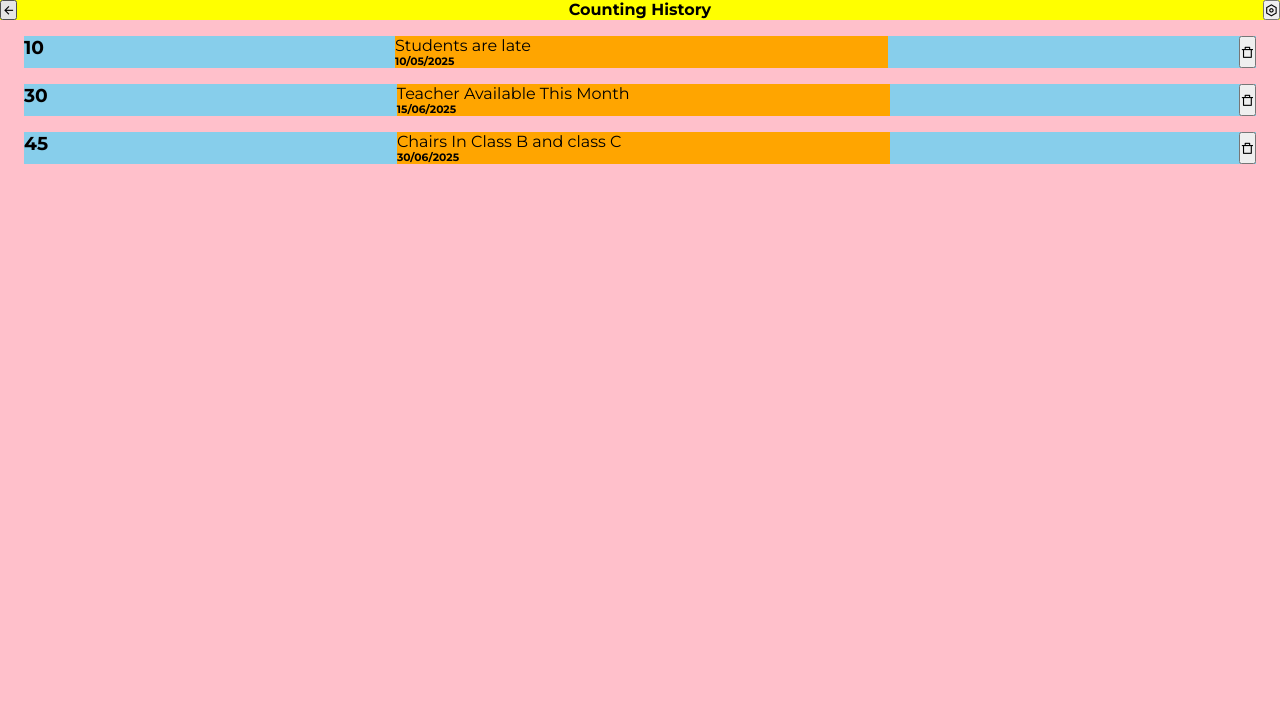
Repository: EguJaredoBoyd/Jared-Counter-App
Page: index.html
An editor plug-in stored every save of this project. The page is shown before and after the next save, followed by the edit.
The browser window is 1280 px wide. The pictures show the whole page.
After loading, the first visible `#toggle-button` was clicked once.

Above is the page before, as saved 2025-11-26 23:57:51.

### index.html
<!DOCTYPE html>
<html lang="en">

<head>
    <meta charset="UTF-8">
    <meta name="viewport" content="width=device-width, initial-scale=1.0">
    <title>Document</title>
    <link rel="preconnect" href="https://fonts.googleapis.com">
    <link rel="preconnect" href="https://fonts.gstatic.com" crossorigin>
    <link href="https://fonts.googleapis.com/css2?family=Montserrat:ital,wght@0,100..900;1,100..900&display=swap"
        rel="stylesheet">
    <link href="https://cdn.jsdelivr.net/npm/remixicon@4.2.0/fonts/remixicon.css" rel="stylesheet">
    <link rel="stylesheet" href="style.css">
    <script src="script.js" defer></script>
    <script src="toggle-script.js" defer></script>
</head>

<body id="body">
    <header>
        <button id="toggle-button"><i class="ri-menu-line"></i></button>
        <div class="header__button__ul--toggle-list" id="toggle-list">
            <div class="header__div__ul--header">
                <button id="toggle-button-close"><i class="ri-arrow-left-line"></i></button>
                <h4>Counting History</h4>
                <button><i class="ri-settings-line"></i></button>
            </div>
            <ul>
                <li>
                    <h3>10</h3>
                    <div class="li__div--content">
                        <p>Students are late</p>
                        <h6>
                            10/05/2025
                        </h6>
                    </div>
                    <button><i class="ri-delete-bin-7-line"></i></button>
                </li>
                <li>
                    <h3>30</h3>
                    <div class="li__div--content">
                        <p>Teacher Available This Month</p>
                        <h6>15/06/2025</h6>
                    </div>
                    <button><i class="ri-delete-bin-7-line"></i></button>
                </li>
                <li>
                    <h3>45</h3>
                    <div class="li__div--content">
                        <p>Chairs In Class B and class C</p>
                        <h6>30/06/2025</h6>
                    </div>
                    <button><i class="ri-delete-bin-7-line"></i></button>
                </li>
            </ul>
        </div>
        <button id="reset"><i class="ri-refresh-line"></i></button>
        <button><i class="ri-save-line"></i></i></button>
    </header>

    <main>
        <p id="start-count">0</p>
        <button id="decrement"><i class="ri-subtract-line"></i></button>
        <button id="increment"><i class="ri-add-large-line"></i></button>
    </main>

    <footer>
        <h6>JARED COUNTER APP</h6>
    </footer>







</body>

</html>

### style.css
* {
    padding: 0;
    margin: 0;
    box-sizing: border-box;
    font-family: "Montserrat", sans-serif;

}

:root {
    --primary-color: #0d1b2a;
    --secondary-color: #e0e1dd;
}

body {
    display: flex;
    flex-direction: column;
    height: 100vh;
    justify-content: space-between;
}

header {
    display: flex;
    justify-content: space-between;
    background-color: red;
}

.header__button__ul--toggle-list {
    background-color: pink;
    display: none;
}

.header__button__ul--toggle-list.show {
    display: block;
    position: absolute;
    top: 0;
    right: 0;
    left: 0;
    bottom: 0;
}

.header__div__ul--header {
    display: flex;
    justify-content: space-between;
    background-color: yellow;
}

li {
    display: flex;
    justify-content: space-between;
    margin: 1rem 1.5rem;
    gap: 5rem;
    background-color: skyblue;
}

.li__div--content {
    text-justify: inter-word;
    background-color: orange;
    width: 100%;
    max-width: 40%;
}

main {
    text-align: center;
    background-color: blue;
}

footer {
    text-align: center;
    background-color: green;
}

### script.js
//Get the last number clicked
let numberCount = Number(localStorage.getItem('increment')) || 0;

//Get last button clicked once the browser loads
let savedColor = localStorage.getItem('color');
let savedColor2 = localStorage.getItem('color2');
let savedColor3 = localStorage.getItem('color3')

let numberIncrement = document.querySelector('#increment');
let numberDecrement = document.getElementById('decrement');
let numberReset = document.querySelector('#reset');
let startCount = document.getElementById('start-count');

//Loads the the page with the last clicked number
startCount.textContent = numberCount;

//Uses the saved colour as a variable for the string 'red'
if (savedColor) {
    numberIncrement.style.backgroundColor = savedColor;
}
if (savedColor2) {
    numberDecrement.style.backgroundColor = savedColor2
}
if (savedColor3) {
    numberReset.style.backgroundColor = savedColor3;
}



numberIncrement.addEventListener('click', () => {
    let incrementColor = numberIncrement.style.backgroundColor = 'red';

    //Reset the other button colours
    numberDecrement.style.background = '';
    numberReset.style.background = '';

    //Save the color so it reminds user of last button clicked
    localStorage.setItem('color', incrementColor)
    //Remove colour storage for other buttons
    localStorage.removeItem('color2')
    localStorage.removeItem('color3')

    let counting = startCount.textContent = numberCount += 1;
    if (counting > 0) {
        startCount.style.color = 'green'
    }
    else if (counting === 0) {
        startCount.style.color = 'black';
    }
    if (numberCount < 0) {
        startCount.style.color = 'red'
    }

    //Save the number count to the localStorage
    localStorage.setItem('increment', numberCount);

})
numberDecrement.addEventListener('click', () => {
    let decrementColor = numberDecrement.style.backgroundColor = 'yellow';

    //Reset the other button colours
    numberIncrement.style.backgroundColor = '';
    numberReset.style.backgroundColor = '';

    //Save the color so it reminds user of last button clicked
    localStorage.setItem('color2', decrementColor)
    //Remove colour storage for other buttons
    localStorage.removeItem('color');
    localStorage.removeItem('color3')

    let negativeCounting = startCount.textContent = numberCount -= 1;
    if (negativeCounting < 0) {
        startCount.style.color = 'red'
    }
    else if (negativeCounting === 0) {
        startCount.style.color = 'black'
    }
    localStorage.setItem('increment', numberCount);
})
numberReset.addEventListener('click', () => {
    let resetColor = numberReset.style.backgroundColor = 'Blue';

    //Reset the other button colours
    numberIncrement.style.backgroundColor = '';
    numberDecrement.style.backgroundColor = '';

    //Save the color so it reminds user of last button clicked
    localStorage.setItem('color3', resetColor)
    //Remove colour storage for other buttons
    localStorage.removeItem('color');
    localStorage.removeItem('color2');

    let resetCounting = startCount.textContent = numberCount = 0;
    if (resetCounting === 0) {
        startCount.style.color = 'black'
    }
    localStorage.setItem('increment', numberCount);
})

### toggle-script.js
//Target the toggle button
let toggleButton = document.getElementById('toggle-button');
let toggleList = document.getElementById('toggle-list');
let toggleButtonClose = document.getElementById('toggle-button-close');

//Toggle the button to show the list
toggleButton.addEventListener('click', () => {
    toggleList.classList.toggle('show');
})

//Toggle the close button to remove list
toggleButtonClose.addEventListener('click', () => {
    toggleList.classList.toggle('show');
})

After the next save:
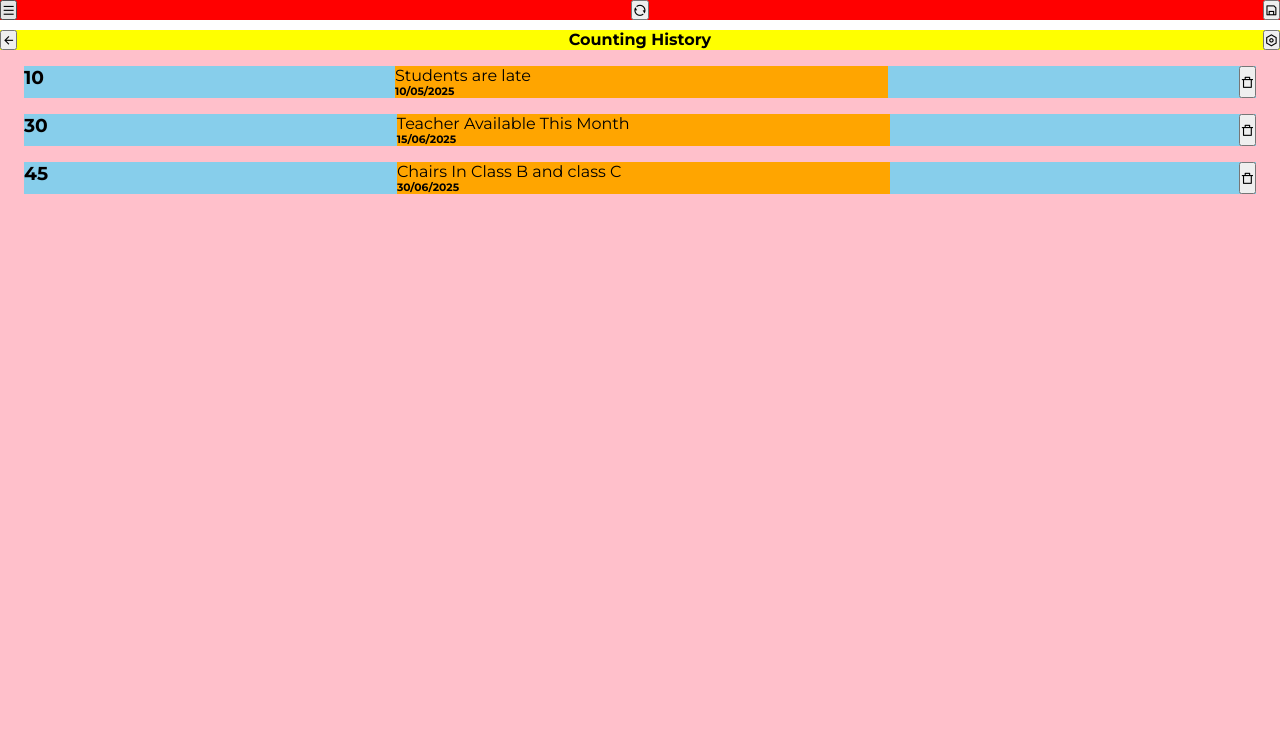
Saved 2 min 49 s later.
--- a/style.css
+++ b/style.css
@@ -36,6 +36,7 @@ header {
     right: 0;
     left: 0;
     bottom: 0;
+    transform: translateY(30px);
 }
 
 .header__div__ul--header {
